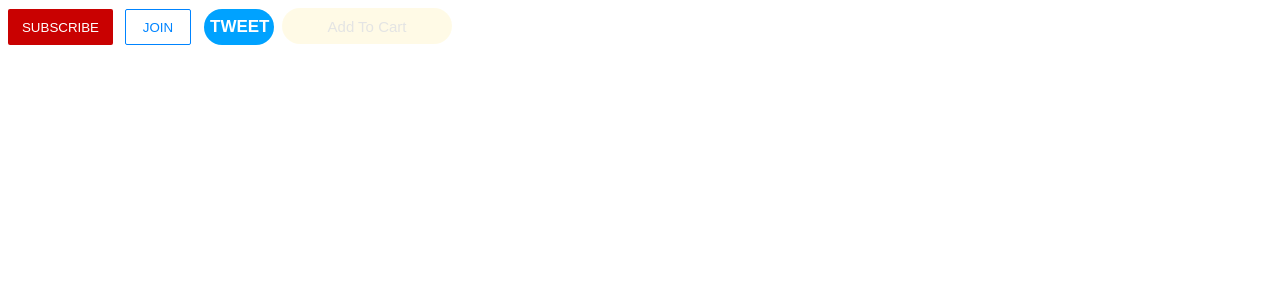
Repository: RagulRanjeeth/Frontend
Page: buttons.html
An editor plug-in stored every save of this project. The page is shown before and after the next save, followed by the edit.
The browser window is 1280 px wide. The pictures show the whole page.
The pointer rests on the first visible `.amazon`.

Above is the page before, as saved 2026-01-19 17:19:23.

After the next save:
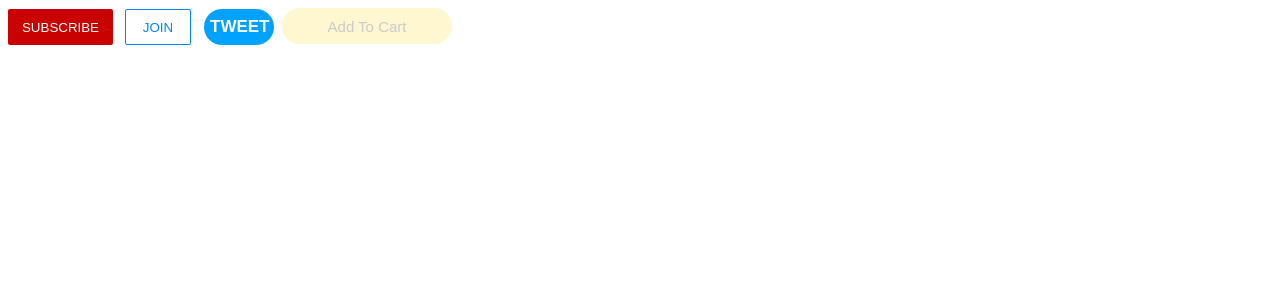
Saved 14 s later.
--- a/buttons.html
+++ b/buttons.html
@@ -88,7 +88,7 @@
     }
 
     .amazon:hover{
-        opacity: 0.1;
+        opacity: 0.2;
     }
 </style>
 

After the save that followed:
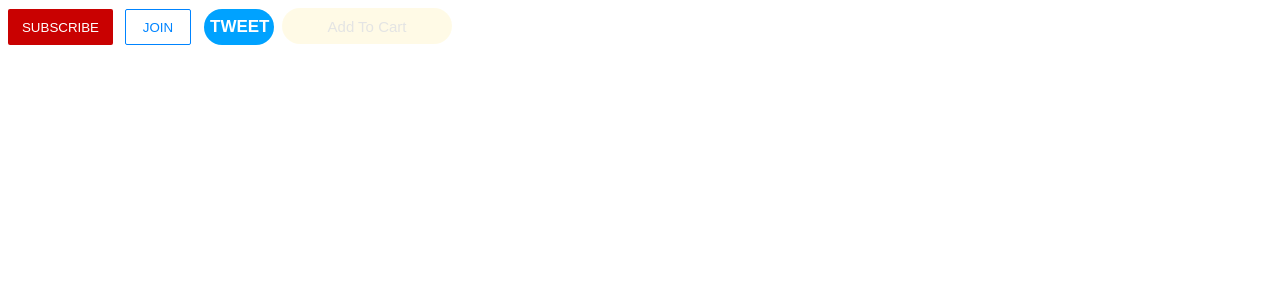
Saved 7 s later.
--- a/buttons.html
+++ b/buttons.html
@@ -88,7 +88,7 @@
     }
 
     .amazon:hover{
-        opacity: 0.2;
+        opacity: 0.1;
     }
 </style>
 
